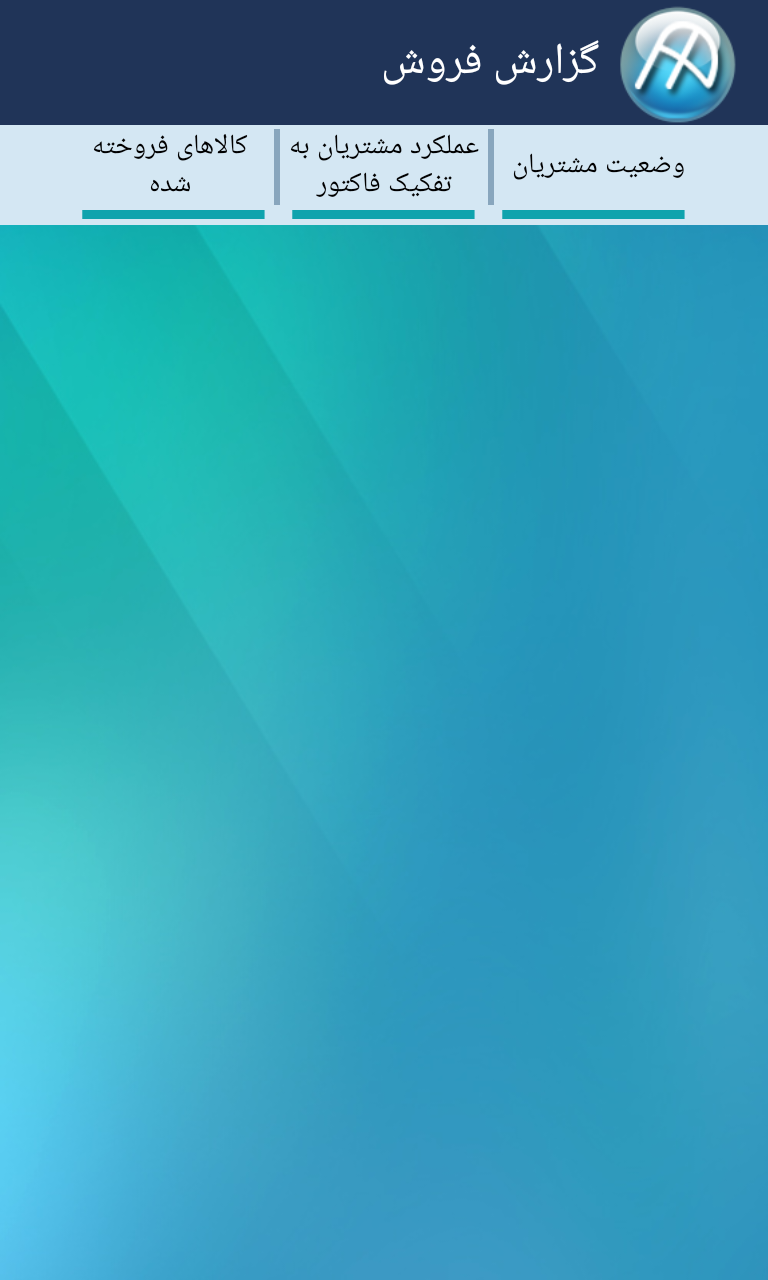
Repository: AtiehPardaz/Reports-Mobile
Layout: Reportsmobile/res/layout/activity_forosh.xml
The author's editor kept a copy of each file at every save. The layout is drawn from the files as they stood at one save, then again after the next save.
It is drawn on a 768 x 1280 px phone screen (xhdpi) without system bars, with theme Theme.behzad; the app's code is not run. Lists and similar views that code fills are empty.

Above is the layout before, as saved 2015-05-19 14:09:18.

### Reportsmobile/res/layout/activity_forosh.xml
<RelativeLayout xmlns:android="http://schemas.android.com/apk/res/android"
    android:layout_width="fill_parent"
    android:layout_height="fill_parent"
    android:background="@drawable/backgroundsade" >

    <LinearLayout
        android:layout_width="match_parent"
        android:layout_height="match_parent"
        android:orientation="vertical" >

        <LinearLayout
            android:layout_width="match_parent"
            android:layout_height="wrap_content"
            android:background="#203458"
            android:gravity="right" >

            <TextView
                android:id="@+id/title_forosh"
                android:layout_width="wrap_content"
                android:layout_height="wrap_content"
                android:layout_gravity="center"
                android:layout_marginRight="10dp"
                android:text="گزارش فروش"
                android:textAppearance="?android:attr/textAppearanceLarge"
                android:textColor="@color/marker_color"
                android:textColorLink="@color/marker_color" />

            <ImageButton
                android:id="@+id/imgbtn_menu_forosh"
                android:layout_width="wrap_content"
                android:layout_height="wrap_content"
                android:layout_gravity="center"
                android:layout_marginRight="15dp"
                android:background="@drawable/homebutton"
                android:onClick="btnmenu"
                android:src="@drawable/btn_clickmenu" />

        </LinearLayout>

        <LinearLayout
            android:layout_width="match_parent"
            android:layout_height="40dp"
            android:background="@color/blue_actionbar2color"
            android:gravity="center"
            android:orientation="horizontal" >

            <Button
                android:id="@+id/tabbtn_kala_forosh"
                android:layout_width="100dp"
                android:layout_height="wrap_content"
                android:background="@color/blue_actionbar2color"
                android:text="کالاهای فروخته شده"
                android:textSize="14sp" />

            <View
                android:id="@+id/View02"
                android:layout_width="3dp"
                android:layout_height="50dp"
                android:layout_gravity="top"
                android:layout_margin="2dp"
                android:background="#88a6bd" />

            <Button
                android:id="@+id/tabbtn_faktor_forosh"
                android:layout_width="100dp"
                android:layout_height="wrap_content"
                android:background="@color/blue_actionbar2color"
                android:text="عملکرد مشتریان به تفکیک فاکتور"
                android:textSize="14sp" />

            <View
                android:id="@+id/View03"
                android:layout_width="3dp"
                android:layout_height="50dp"
                android:layout_gravity="top"
                android:layout_margin="2dp"
                android:background="#88a6bd" />

            <Button
                android:id="@+id/tabbtn_customer_forosh"
                android:layout_width="100dp"
                android:layout_height="wrap_content"
                android:background="@color/blue_actionbar2color"
                android:text="وضعیت مشتریان"
                android:textSize="14sp" />
        </LinearLayout>

        <LinearLayout
            android:layout_width="match_parent"
            android:layout_height="10dp"
            android:layout_gravity="center"
            android:background="@color/blue_actionbar2color"
            android:gravity="center" >

            <ImageButton
                android:id="@+id/imgbtn_underline_forokhte_forosh"
                android:layout_width="100dp"
                android:layout_height="wrap_content"
                android:layout_marginRight="5dp"
                android:background="@drawable/underline" />

            <ImageButton
                android:id="@+id/imgbtn_underline_faktor_forosh"
                android:layout_width="100dp"
                android:layout_height="wrap_content"
                android:layout_marginRight="5dp"
                android:background="@drawable/underline" />

            <ImageButton
                android:id="@+id/imgbtn_underline_customer_forosh"
                android:layout_width="100dp"
                android:layout_height="wrap_content"
                android:background="@drawable/underline" />
        </LinearLayout>

        <LinearLayout
            android:layout_width="match_parent"
            android:layout_height="match_parent"
            android:orientation="vertical" >

            <android.support.v4.view.ViewPager
                android:id="@+id/pagerforosh"
                android:layout_width="match_parent"
                android:layout_height="match_parent" >
            </android.support.v4.view.ViewPager>
        </LinearLayout>
    </LinearLayout>

    <LinearLayout
        android:id="@+id/linearmenu_forosh"
        android:layout_width="match_parent"
        android:layout_height="match_parent"
        android:layout_marginTop="63dp"
        android:background="@drawable/backmenutransparent"
        android:gravity="right"
        android:visibility="gone" >

        <LinearLayout
            android:id="@+id/linearmneuF"
            android:layout_width="wrap_content"
            android:layout_height="wrap_content"
            android:layout_gravity="center|top"
            android:layout_marginRight="2dp"
            android:gravity="right|center"
            android:orientation="vertical" >

            <ImageButton
                android:id="@+id/imgbtn_forosh_forosh"
                android:layout_width="wrap_content"
                android:layout_height="wrap_content"
                android:background="@drawable/neworoshmenu"
                android:src="@drawable/btn_click" />

            <ImageButton
                android:id="@+id/imgbtn_khazane_forosh"
                android:layout_width="wrap_content"
                android:layout_height="wrap_content"
                android:background="@drawable/newmenukhazane"
                android:src="@drawable/btn_click" />

            <ImageButton
                android:id="@+id/imgbtn_hesabdari_forosh"
                android:layout_width="wrap_content"
                android:layout_height="wrap_content"
                android:background="@drawable/newmenuhesabdari"
                android:src="@drawable/btn_click" />

            <ImageButton
                android:id="@+id/imgbtn_kala_forosh"
                android:layout_width="wrap_content"
                android:layout_height="wrap_content"
                android:background="@drawable/newmenukala"
                android:src="@drawable/btn_click" />

            <ImageButton
                android:id="@+id/imgbtn_domain_forosh"
                android:layout_width="wrap_content"
                android:layout_height="wrap_content"
                android:background="@drawable/newmenudomain"
                android:src="@drawable/btn_click" />

             <ImageButton
                 android:id="@+id/imgbtn_logout_forosh"
                 android:layout_width="wrap_content"
                 android:layout_height="wrap_content"
                 android:background="@drawable/newmenukhoroj"
                 android:src="@drawable/btn_click" />

        </LinearLayout>
    </LinearLayout>

</RelativeLayout>

### Reportsmobile/res/values/colors.xml
<?xml version="1.0" encoding="utf-8"?>
<resources>

    <color name="first_row_text_color">#000000</color>
    <color name="holidays_text_color">#FF0000</color>
    <color name="first_row_background_color">#DDDDDD</color>

    <!-- solely used on QiblaCompassView -->
    <color name="background_color">#6E97B9</color>
    <color name="marker_color">#FFFFFF</color>
    <color name="text_color">#000000</color>
    <color name="bg_action_green">#3BB18E</color>
    <color name="bg_action_gray"> #dddddd</color>
    <color name="white_color"> #ffffff</color>
    <color name="blue_titlecolor"> #293897</color>
     <color name="blue_actionbar2color"> #d4e7f3</color>
     <color name="blue_titleactionbar"> #0c4c51</color>



</resources>

### Reportsmobile/res/drawable/btn_clickmenu.xml
<selector xmlns:android="http://schemas.android.com/apk/res/android">
<item android:state_focused="true" android:drawable="@drawable/homebtnclick"/>
<item android:state_pressed="true" android:drawable="@drawable/homebtnclick" />
<item android:state_selected="true" android:drawable="@drawable/homebtnclick" />


</selector>

### Reportsmobile/res/drawable/btn_click.xml
<selector xmlns:android="http://schemas.android.com/apk/res/android">
<item android:state_focused="true" android:drawable="@drawable/btnclick"/>
<item android:state_pressed="true" android:drawable="@drawable/btnclick" />

</selector>

Loaded but not shown: Reportsmobile/res/values/styles.xml (common file)

After the next save:
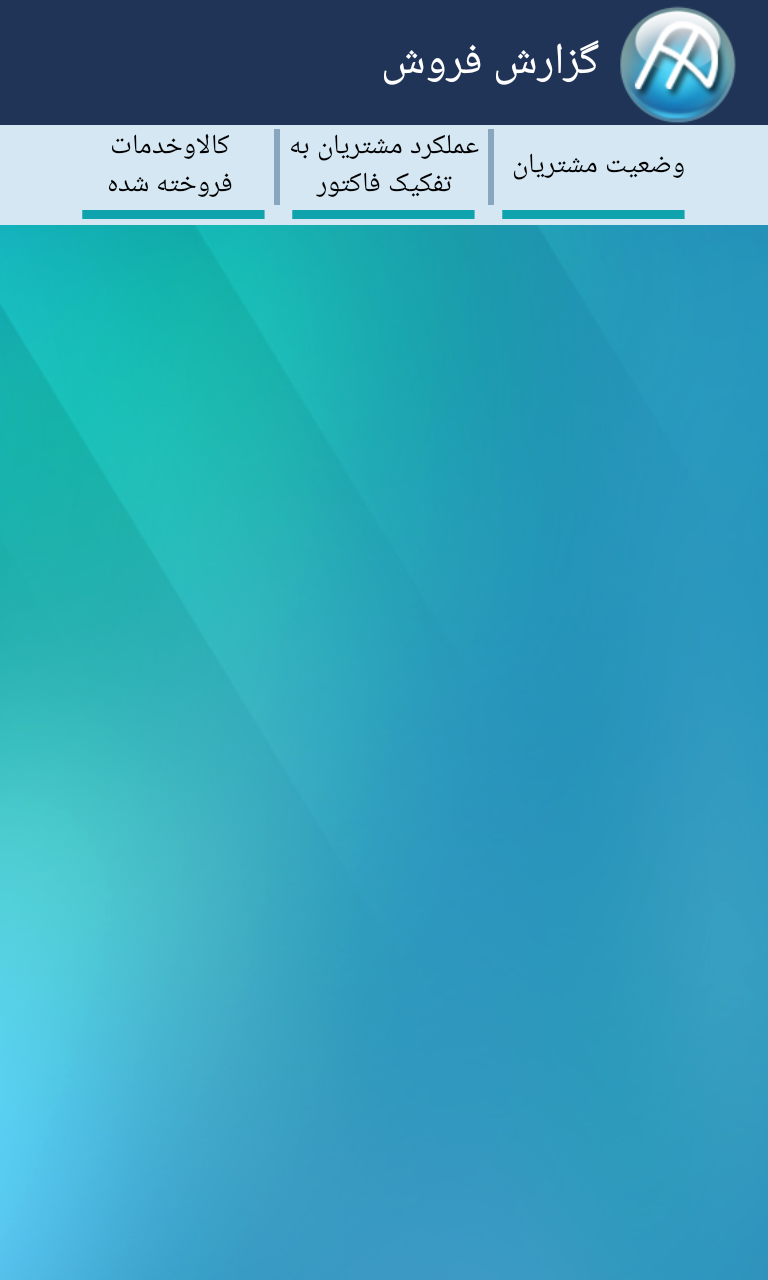
Saved 22 h 34 min later.
--- a/Reportsmobile/res/layout/activity_forosh.xml
+++ b/Reportsmobile/res/layout/activity_forosh.xml
@@ -49,7 +49,7 @@
                 android:layout_width="100dp"
                 android:layout_height="wrap_content"
                 android:background="@color/blue_actionbar2color"
-                android:text="کالاهای فروخته شده"
+                android:text="کالاوخدمات فروخته شده"
                 android:textSize="14sp" />
 
             <View
